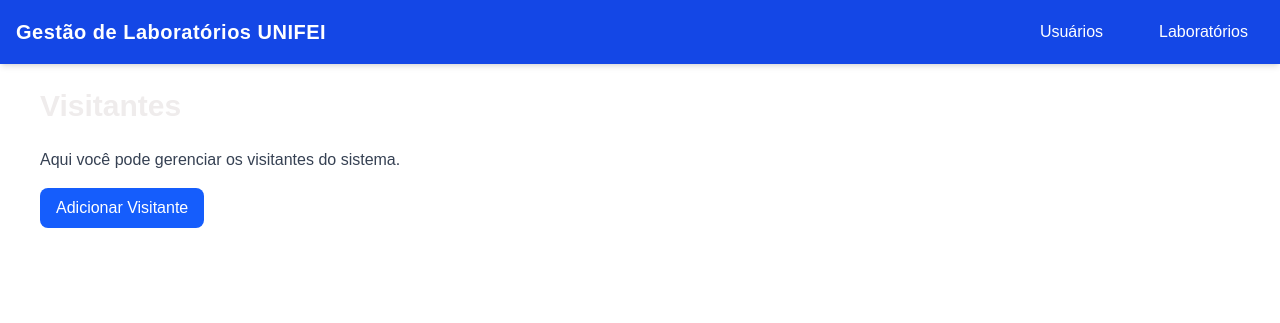
Repository: fabianosevla/gestao-labs
Page: /user/visitors (app in lab-management-system/)
An editor plug-in stored every save of this project. The page is shown before and after the next save, followed by the edit.
The browser window is 1280 px wide. The pictures show the whole page.
The project was rebuilt for these pictures with package versions that can differ from the ones it lists, and the page was loaded fresh each time. The framework's server and built-in components were replaced by stand-ins that run in the browser. Also part of the build but not shown: lab-management-system/next.config.mjs.

Above is the page before, as saved 2025-05-05 20:03:53.

### lab-management-system/app/layout.js
import Navbar from "../components/Navbar";
import "../app/globals.css";

export default function RootLayout({ children }) {
  return (
    <html lang="en">
      <body className="bg-white font-sans">
        <Navbar />
        <div className="max-w-7xl mx-auto pt-16 px-4">{children}</div>
      </body>
    </html>
  );
}

### lab-management-system/app/user/visitors/page.js
export default function Visitors() {
    return (
        <div className="p-6">
            <h1 className="text-3xl font-bold mb-6">Visitantes</h1>
            <p className="text-gray-700">Aqui você pode gerenciar os visitantes do sistema.</p>
            <button className="mt-4 px-4 py-2 bg-blue-600 text-white rounded-lg hover:bg-blue-700 transition duration-300">
                Adicionar Visitante
            </button>
        </div>
    );
}

### lab-management-system/components/Navbar.js
"use client";

import Link from "next/link";
import { usePathname } from "next/navigation";
import { useEffect, useState } from "react";

export default function Navbar() {
    const pathname = usePathname();
    const [isLoginPage, setIsLoginPage] = useState(true);

    useEffect(() => {
        setIsLoginPage(pathname === "/login");
    }, [pathname]);

    if (isLoginPage) return null;

    return (
        <nav className="bg-blue-700 text-white shadow-md fixed top-0 left-0 w-full z-50">
            <div className="max-w-7xl mx-auto px-4 py-3 flex justify-between items-center">
                <h1 className="text-xl font-semibold tracking-wide">Gestão de Laboratórios UNIFEI</h1>
                <div className="flex space-x-6">
                    {/* Usuários */}
                    <div className="relative group">
                        <button className="px-4 py-2 rounded-lg hover:bg-blue-800 transition duration-300 ease-in-out">
                            Usuários
                        </button>
                        <div className="absolute left-0 mt-1 w-40 bg-white text-gray-800 rounded-lg shadow-xl opacity-0 group-hover:opacity-100 group-hover:translate-y-0 transform -translate-y-2 transition-all duration-300 ease-in-out z-10">
                            <Link href="/users/visitors" className="block px-4 py-2 hover:bg-blue-50 rounded-t-lg">Visitantes</Link>
                            <Link href="/users/admins" className="block px-4 py-2 hover:bg-blue-50 rounded-b-lg">Admin</Link>
                        </div>
                    </div>

                    {/* Laboratórios */}
                    <div className="relative group">
                        <button className="px-4 py-2 rounded-lg hover:bg-blue-800 transition duration-300 ease-in-out">
                            Laboratórios
                        </button>
                        <div className="absolute left-0 mt-1 w-40 bg-white text-gray-800 rounded-lg shadow-xl opacity-0 group-hover:opacity-100 group-hover:translate-y-0 transform -translate-y-2 transition-all duration-300 ease-in-out z-10">
                            <div className="relative group/sub">
                                <button className="block px-4 py-2 hover:bg-blue-50 w-full text-left">
                                    Hardware
                                </button>
                                <div className="absolute left-40 top-0 w-40 bg-white text-gray-800 rounded-lg shadow-xl opacity-0 group-hover/sub:opacity-100 group-hover/sub:translate-x-0 transform -translate-x-2 transition-all duration-300 ease-in-out z-10">
                                    <Link href="/labs/hardware/micro" className="block px-4 py-2 hover:bg-blue-50 rounded-t-lg">Micro</Link>
                                    <Link href="/labs/hardware/macro" className="block px-4 py-2 hover:bg-blue-50 rounded-b-lg">Macro</Link>
                                </div>
                            </div>
                            <Link href="/labs/software" className="block px-4 py-2 hover:bg-blue-50 rounded-b-lg">Software</Link>
                        </div>
                    </div>
                </div>
            </div>
        </nav>
    );
}

### lab-management-system/app/globals.css
@import "tailwindcss";

:root {
  --background: #ffffff;
  --foreground: #efecec;
}

@theme inline {
  --color-background: var(--background);
  --color-foreground: var(--foreground);
  --font-sans: var(--font-geist-sans);
  --font-mono: var(--font-geist-mono);
}

@media (prefers-color-scheme: dark) {
  :root {
    --background: #f7f1f1;
    --foreground: #ededed;
  }
}

body {
  background: var(--background);
  color: var(--foreground);
  font-family: Arial, Helvetica, sans-serif;
}

After the next save:
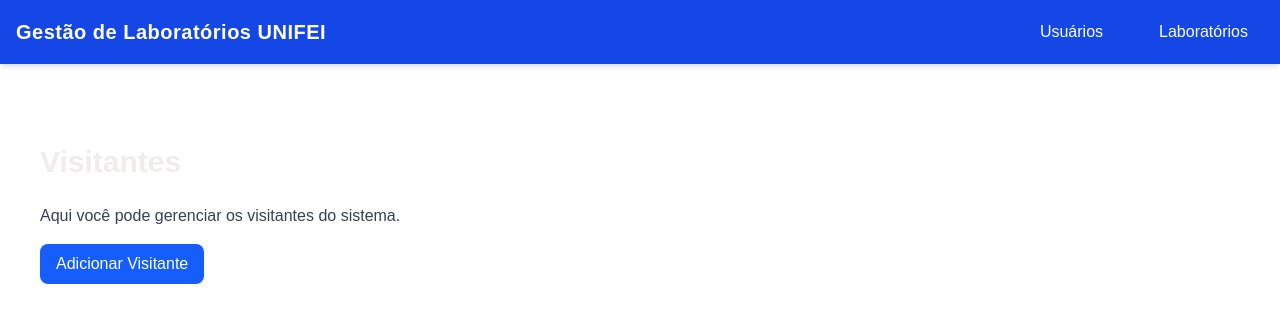
Saved 1 s later.
--- a/lab-management-system/app/user/visitors/page.js
+++ b/lab-management-system/app/user/visitors/page.js
@@ -1,6 +1,6 @@
 export default function Visitors() {
     return (
-        <div className="p-6">
+        <div className="p-6 pt-20">
             <h1 className="text-3xl font-bold mb-6">Visitantes</h1>
             <p className="text-gray-700">Aqui você pode gerenciar os visitantes do sistema.</p>
             <button className="mt-4 px-4 py-2 bg-blue-600 text-white rounded-lg hover:bg-blue-700 transition duration-300">
